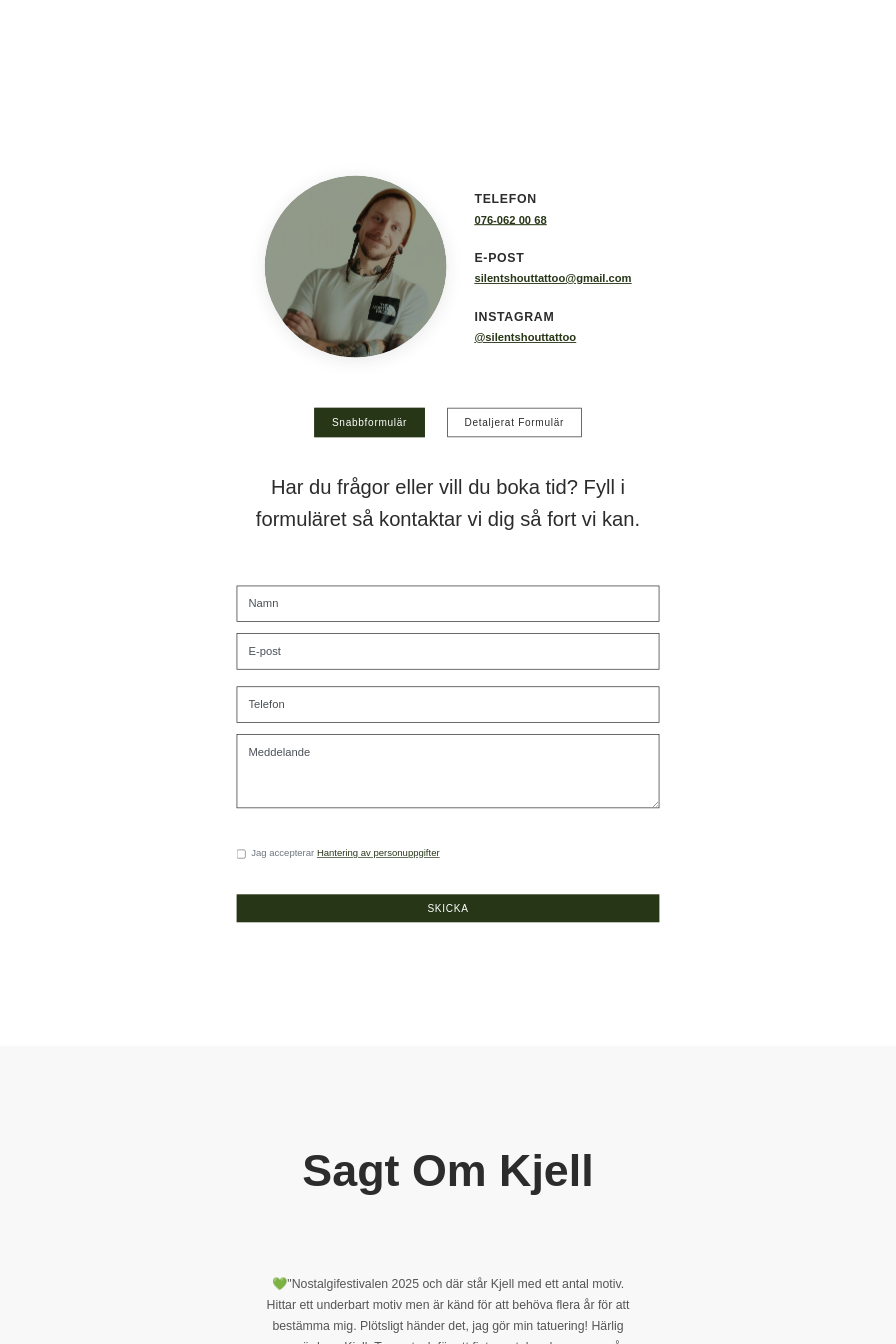
Repository: public-websites/silentshouttattoose
Page: index.html
An editor plug-in stored every save of this project. The page is shown before and after the next save, followed by the edit.
The browser window is 1280 px wide. The pictures show the part of the page from y = 3832 to 5752 px (the page is 6977 px tall before and 7022 px after), at 70% of full size.

Above is the page before, as saved 2025-08-19 08:29:05.

After the next save:
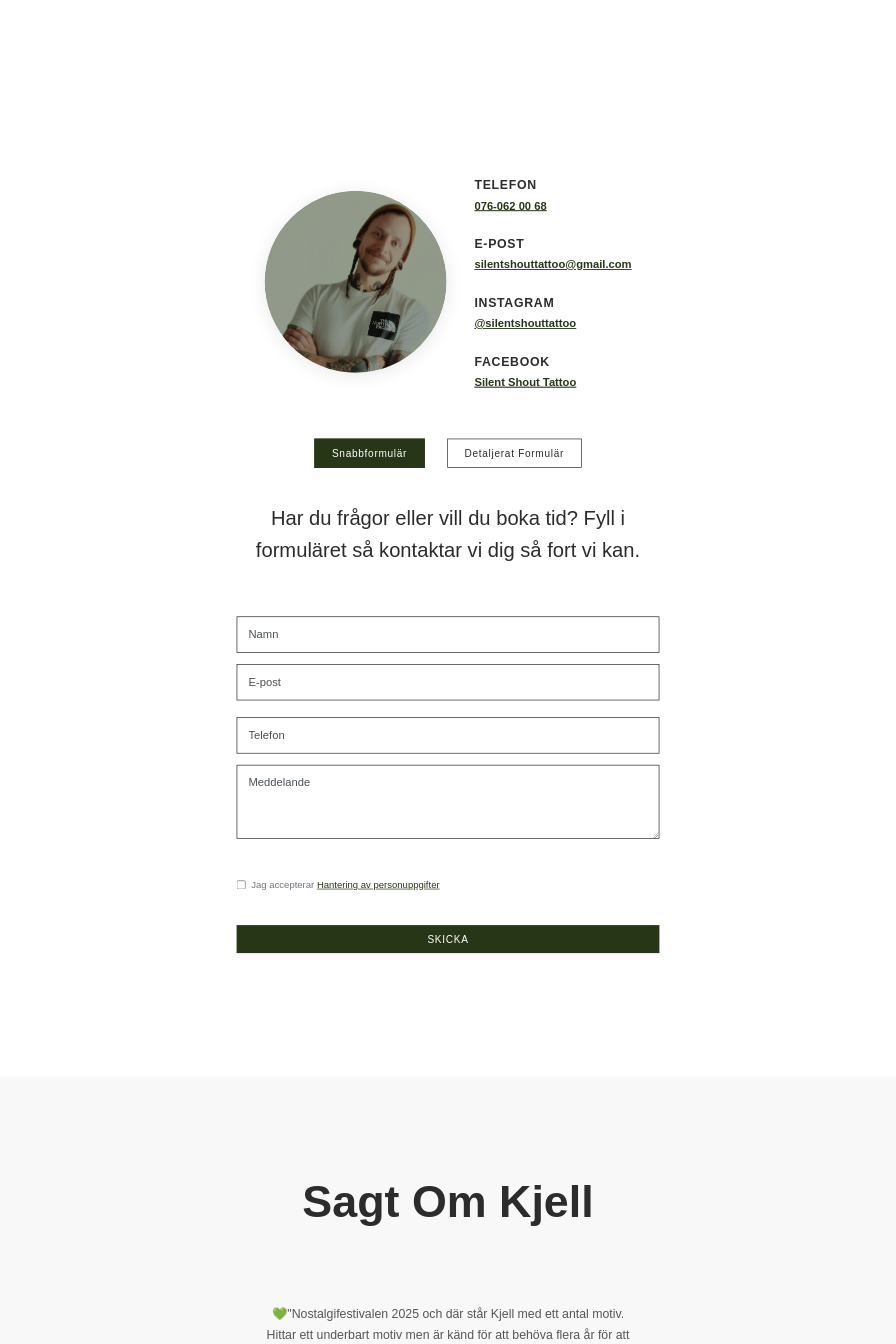
Saved 2 min 16 s later.
--- a/index.html
+++ b/index.html
@@ -147,6 +147,10 @@
                             <h4>Instagram</h4>
                             <p><a href="https://www.instagram.com/silentshouttattoo" target="_blank">@silentshouttattoo</a></p>
                         </div>
+                        <div class="contact-info-section">
+                            <h4>Facebook</h4>
+                            <p><a href="https://www.facebook.com/silentshouttattoo" target="_blank">Silent Shout Tattoo</a></p>
+                        </div>
                         <div class="opening-hours">
                             <!--<h4>Öppettider</h4>
                             <p>Vardagar 10.00 — 17.00</p>

After the save that followed:
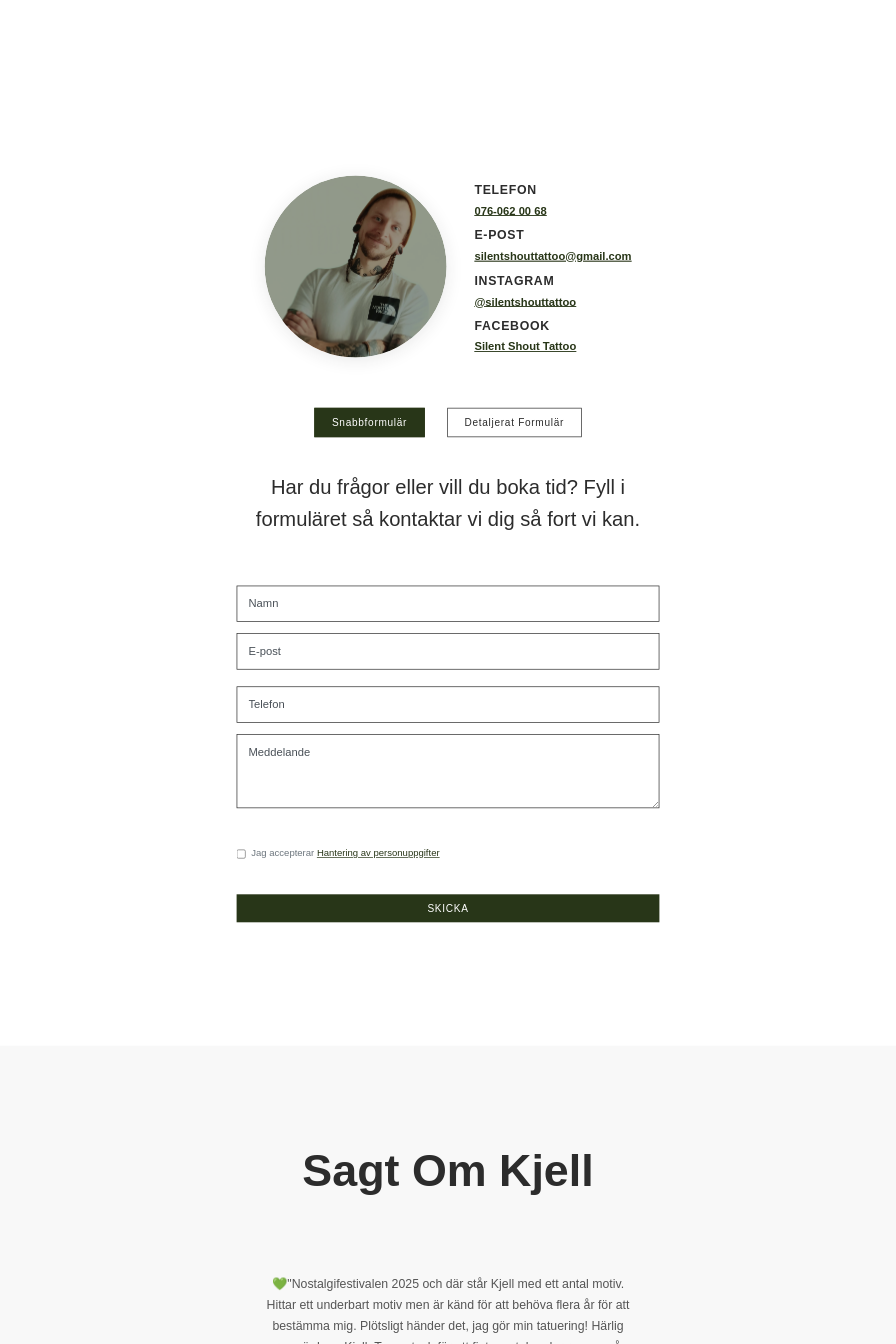
Saved 55 s later.
--- a/index.html
+++ b/index.html
@@ -138,19 +138,17 @@
                         <div class="contact-info-section">
                             <h4>Telefon</h4>
                             <p><a href="tel:0760620068">076-062 00 68</a></p>
-                        </div>
-                        <div class="contact-info-section">
+
                             <h4>E-post</h4>
                             <p><a href="mailto:silentshouttattoo@gmail.com">silentshouttattoo@gmail.com</a></p>
-                        </div>
-                        <div class="contact-info-section">
+
                             <h4>Instagram</h4>
                             <p><a href="https://www.instagram.com/silentshouttattoo" target="_blank">@silentshouttattoo</a></p>
-                        </div>
-                        <div class="contact-info-section">
+
                             <h4>Facebook</h4>
                             <p><a href="https://www.facebook.com/silentshouttattoo" target="_blank">Silent Shout Tattoo</a></p>
                         </div>
+
                         <div class="opening-hours">
                             <!--<h4>Öppettider</h4>
                             <p>Vardagar 10.00 — 17.00</p>
